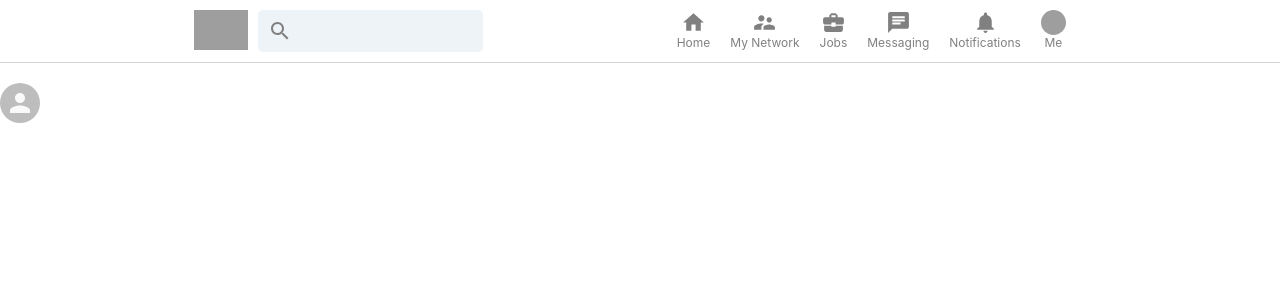
Repository: exiled-kal/linkedInreact-redux
Page: /
The author's editor kept a copy of each file at every save. The page is drawn from the files as they stood at one save, then again after the next save.
The browser window is 1280 px wide. The pictures show the whole page.
Pictures or frames that could not be fetched are drawn as grey boxes. The project was rebuilt for these pictures with package versions that can differ from the ones it lists, and the page was loaded fresh each time. Also part of the build but not shown: src/App.css, src/Sidebar.css.

Above is the page before, as saved 2020-12-20 21:17:32.

### src/App.js
import React from 'react';
import './App.css';
import Header from './Header';
import Sidebar from './Sidebar';

function App() {
  return (
    <div className="app">
      <Header />

      {/* App Body */}
      <div className="app__body">
        <Sidebar />
      </div>
      {/* Sidebar */}
      {/* Feed */}
      {/* Widgets */}
    </div>
  );
}
export default App;

### src/Header.js
import React from 'react';
import './Header.css';
import SearchIcon from '@material-ui/icons/Search';
import HomeIcon from '@material-ui/icons/Home';
import SupervisorAccountIcon from '@material-ui/icons/SupervisorAccount';
import BusinessCenterIcon from '@material-ui/icons/BusinessCenter';
import ChatIcon from '@material-ui/icons/Chat';
import NotificationsIcon from '@material-ui/icons/Notifications';

import HeaderOption from './HeaderOption';

function Header() {
  return (
    <div className="header">
      <div className="header__left">
        <img
          src="https://www.flaticon.com/svg/static/icons/svg/174/174857.svg"
          alt=""
        />
        <div className="header__search">
          <SearchIcon />
          <input type="text" />
        </div>
      </div>
      <div className="header__right">
        <HeaderOption Icon={HomeIcon} title="Home" />
        <HeaderOption Icon={SupervisorAccountIcon} title="My Network" />
        <HeaderOption Icon={BusinessCenterIcon} title="Jobs" />
        <HeaderOption Icon={ChatIcon} title="Messaging" />
        <HeaderOption Icon={NotificationsIcon} title="Notifications" />
        <HeaderOption
          avatar="https://lh3.googleusercontent.com/ogw/ADGmqu_TO5DxpJaFKNCrPcspEX6tJRZjHj48Ofzpj3c1qw=s64-c-mo"
          title="Me"
        />
      </div>
    </div>
  );
}

export default Header;

### src/Sidebar.js
import {Avatar} from '@material-ui/core';
import React from 'react';
import './Sidebar.css';

function Sidebar() {
  return (
    <div className="sidebar">
      <div className="sidebar__top">
        <img src="" alt="" />
        <Avatar />
        <h2></h2>
      </div>
      <div className="sidebar__bottom"></div>
    </div>
  );
}

export default Sidebar;

### src/features/counter/counterSlice.js
import { createSlice } from '@reduxjs/toolkit';

export const counterSlice = createSlice({
  name: 'counter',
  initialState: {
    value: 0,
  },
  reducers: {
    increment: state => {
      // Redux Toolkit allows us to write "mutating" logic in reducers. It
      // doesn't actually mutate the state because it uses the Immer library,
      // which detects changes to a "draft state" and produces a brand new
      // immutable state based off those changes
      state.value += 1;
    },
    decrement: state => {
      state.value -= 1;
    },
    incrementByAmount: (state, action) => {
      state.value += action.payload;
    },
  },
});

export const { increment, decrement, incrementByAmount } = counterSlice.actions;

// The function below is called a thunk and allows us to perform async logic. It
// can be dispatched like a regular action: `dispatch(incrementAsync(10))`. This
// will call the thunk with the `dispatch` function as the first argument. Async
// code can then be executed and other actions can be dispatched
export const incrementAsync = amount => dispatch => {
  setTimeout(() => {
    dispatch(incrementByAmount(amount));
  }, 1000);
};

// The function below is called a selector and allows us to select a value from
// the state. Selectors can also be defined inline where they're used instead of
// in the slice file. For example: `useSelector((state) => state.counter.value)`
export const selectCount = state => state.counter.value;

export default counterSlice.reducer;

### src/Header.css
.header {
  position: sticky;
  top: 0;
  z-index: 999;
  display: flex;
  justify-content: space-evenly;
  border-bottom: 0.1px solid lightgray;
  padding-top: 10px;
  padding-bottom: 10px;
  width: 100%;
}

.header__left {
  display: flex;
}

.header__left > img {
  object-fit: contain;
  height: 40px;
  margin-right: 10px;
}

.header__search {
  padding: 10px;
  display: flex;
  align-items: center;
  border-radius: 5px;
  height: 22px;
  color: gray;
  background-color: #eef3f8;
}

.header__search > input {
  outline: none;
  border: none;
  background: none;
}

.header__right {
  display: flex;
}

### src/HeaderOption.js
import { Avatar } from '@material-ui/core';
import React from 'react';
import './HeaderOption.css';

function HeaderOption({avatar, title, Icon}) {
  return (
    <div className="headerOption">
      {Icon && <Icon className="headerOption__icon" />}
      {avatar && <Avatar className="headerOption__icon" src={avatar} />}
      <h3 className="headerOption__title">{title}</h3>
    </div>
  );
}

export default HeaderOption;

Loaded but not shown: public/index.html (common file); src/index.js (common file); src/index.css (common file); src/app/store.js (common file); src/serviceWorker.js (common file); src/HeaderOption.css (common file)

After the next save:
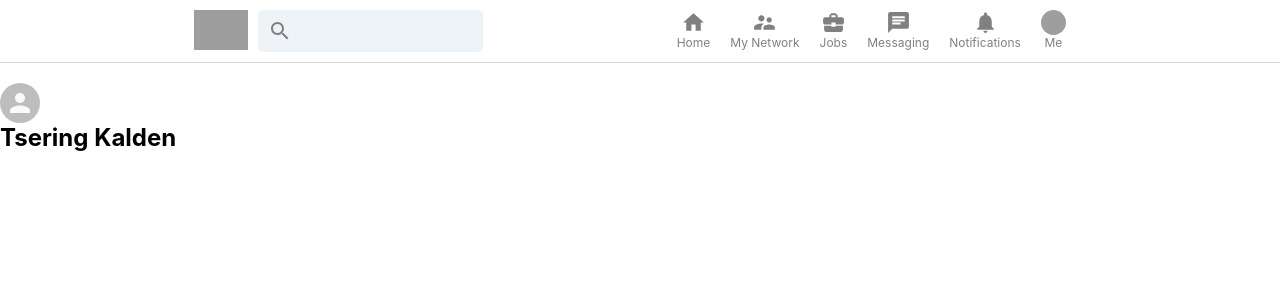
Saved 23 s later.
--- a/src/Sidebar.js
+++ b/src/Sidebar.js
@@ -8,7 +8,8 @@
       <div className="sidebar__top">
         <img src="" alt="" />
         <Avatar />
-        <h2></h2>
+        <h2>Tsering Kalden</h2>
+        <h4></h4>
       </div>
       <div className="sidebar__bottom"></div>
     </div>
